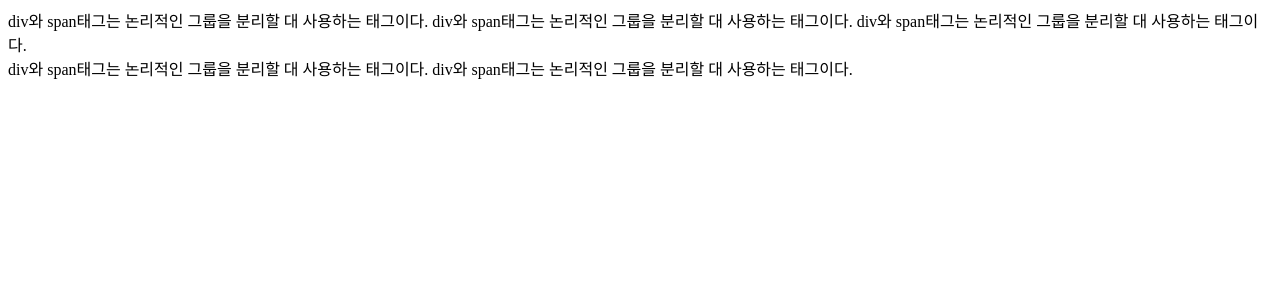
Repository: wishinghyun/multicampus
Page: webwork/clientweb/WebContent/html/block+tag.html
An editor plug-in stored every save of this project. The page is shown before and after the next save, followed by the edit.
The browser window is 1280 px wide. The pictures show the whole page.

Above is the page before, as saved 2020-01-02 08:37:11.

### webwork/clientweb/WebContent/html/block+tag.html
<!DOCTYPE html>
<html>
<head>
<meta charset="EUC-KR">
<title>Insert title here</title>
</head>
<body>
	<div>
		div와 span태그는 논리적인 그룹을 분리할 대 사용하는 태그이다.
		div와 span태그는 논리적인 그룹을 분리할 대 사용하는 태그이다.
		div와 span태그는 논리적인 그룹을 분리할 대 사용하는 태그이다.
	</div>
	div와 span태그는 논리적인 그룹을 분리할 대 사용하는 태그이다.
	div와 span태그는 논리적인 그룹을 분리할 대 사용하는 태그이다.
</body>
</html>

After the next save:
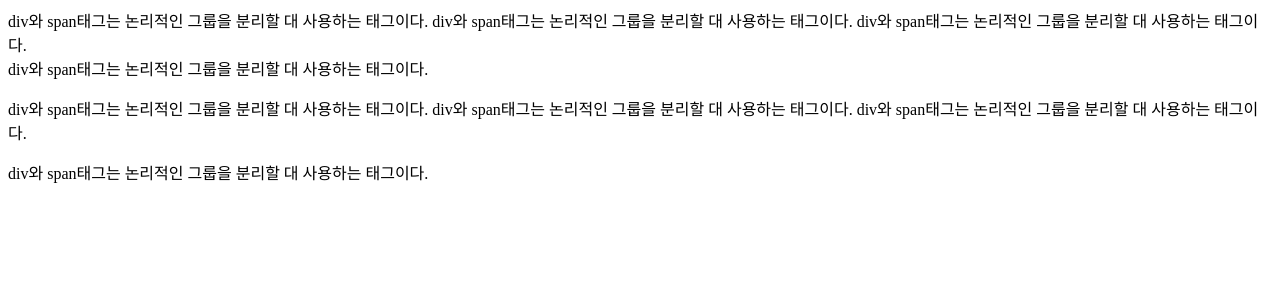
Saved 43 s later.
--- a/webwork/clientweb/WebContent/html/block+tag.html
+++ b/webwork/clientweb/WebContent/html/block+tag.html
@@ -11,6 +11,11 @@
 		div와 span태그는 논리적인 그룹을 분리할 대 사용하는 태그이다.
 	</div>
 	div와 span태그는 논리적인 그룹을 분리할 대 사용하는 태그이다.
+	<p>
+		div와 span태그는 논리적인 그룹을 분리할 대 사용하는 태그이다.
+		div와 span태그는 논리적인 그룹을 분리할 대 사용하는 태그이다.
+		div와 span태그는 논리적인 그룹을 분리할 대 사용하는 태그이다.
+	</p>
 	div와 span태그는 논리적인 그룹을 분리할 대 사용하는 태그이다.
 </body>
 </html>
